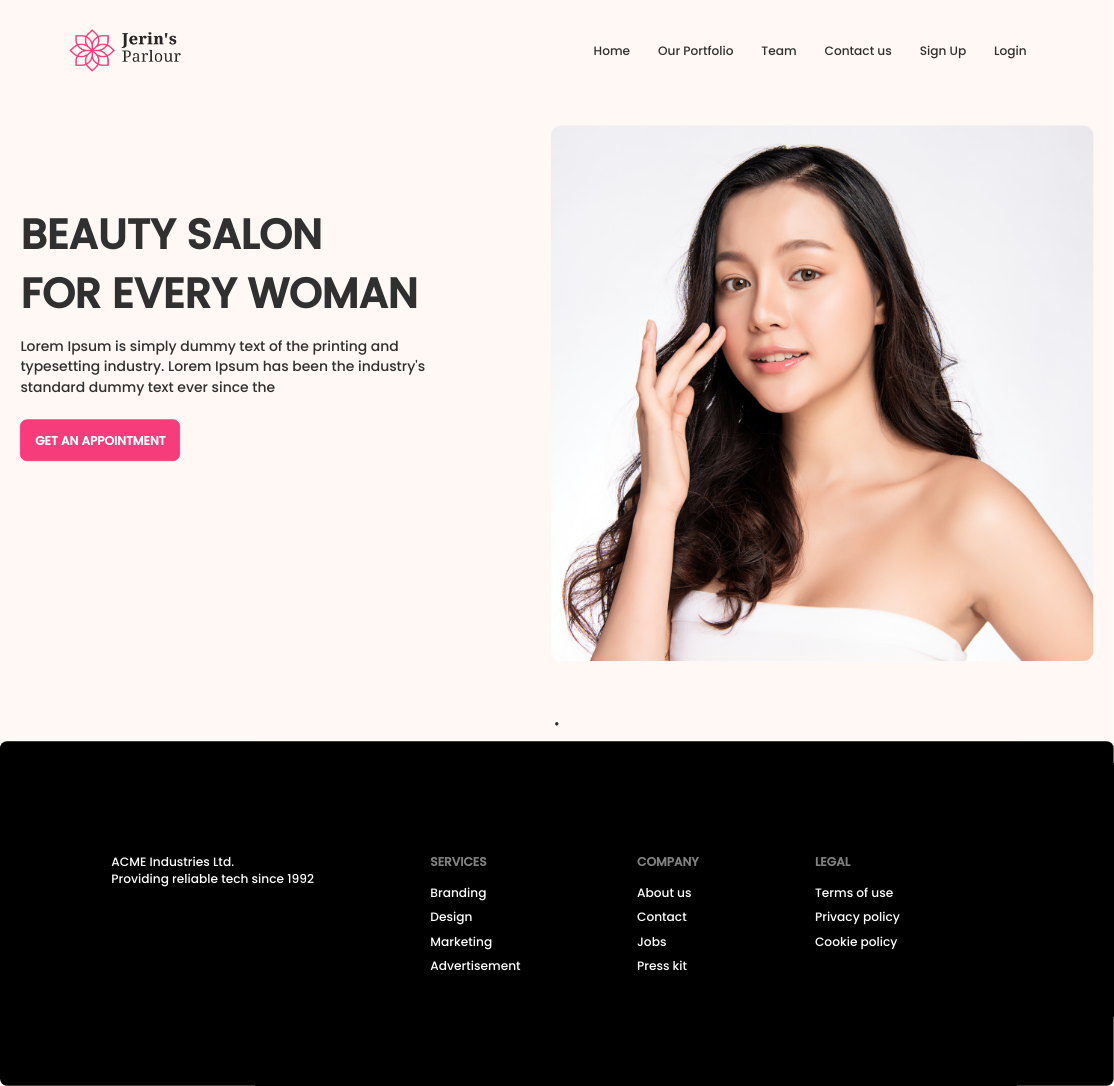
Repository: Wahid137/jerins-parlour-client
Page: /
These files come from the project's save history. The page is drawn as it stood at one moment and after the next save; the edit follows.
The browser window is 1280 px wide. The pictures show the whole page, at 87% of full size.
The page's requests for data from a server got no answer. The project was rebuilt for these pictures with package versions that can differ from the ones it lists, and the page was loaded fresh each time. No one was signed in, and anything a server would have sent is missing. Also part of the build but not shown: src/App.css, src/Pages/Home/Services/ServicesCard.js.

Above is the page before, as saved 2023-07-16 03:42:09.

After the next save:
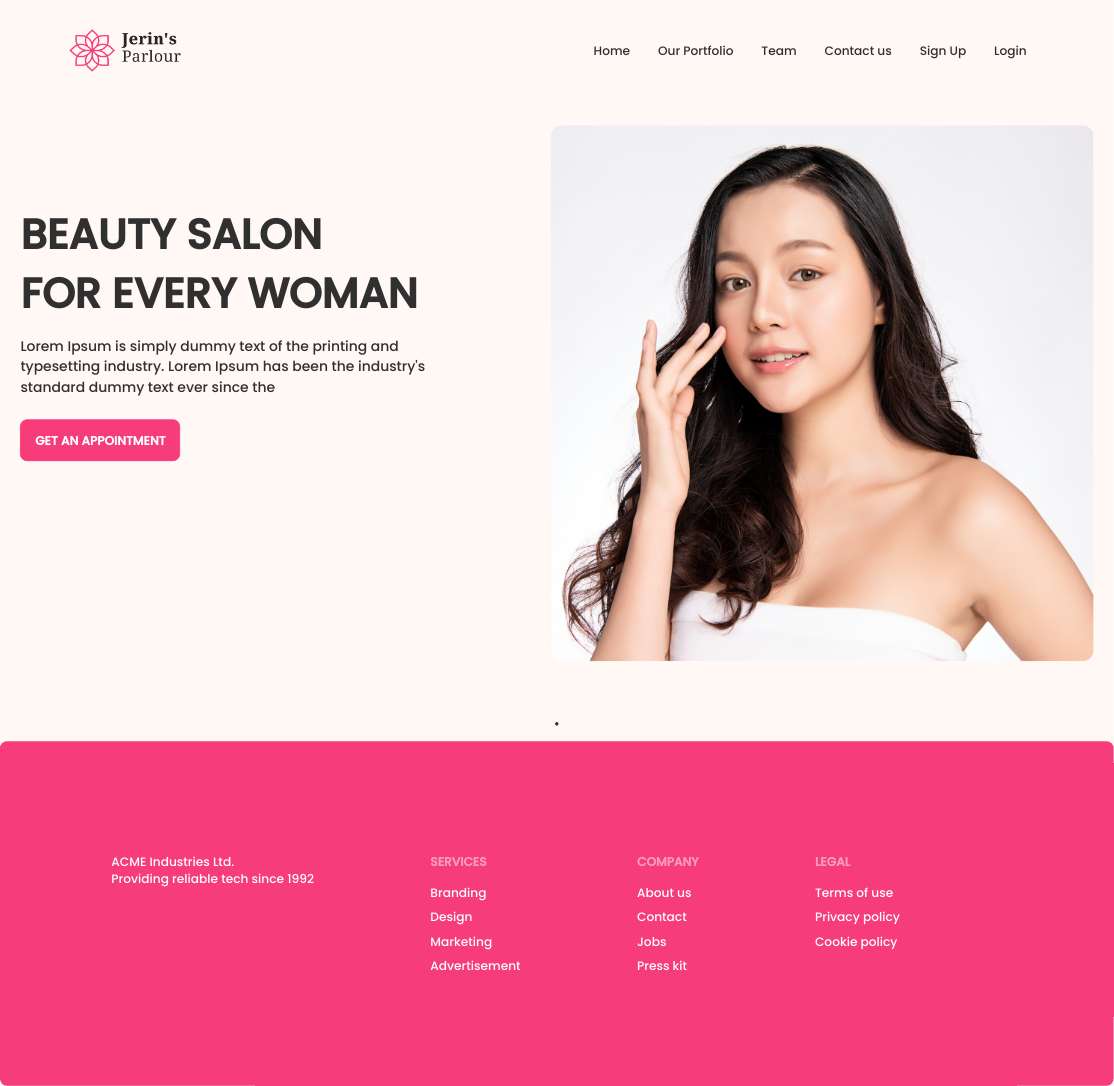
Saved 11 s later.
--- a/src/Shared/Footer/Footer.js
+++ b/src/Shared/Footer/Footer.js
@@ -3,7 +3,7 @@ import React from 'react';
 
 const Footer = () => {
     return (
-        <footer className="footer p-32 bg-black text-white rounded-lg">
+        <footer className="footer p-32 bg-primary text-white rounded-lg">
             <div>
                 <p>ACME Industries Ltd.<br />Providing reliable tech since 1992</p>
             </div>
